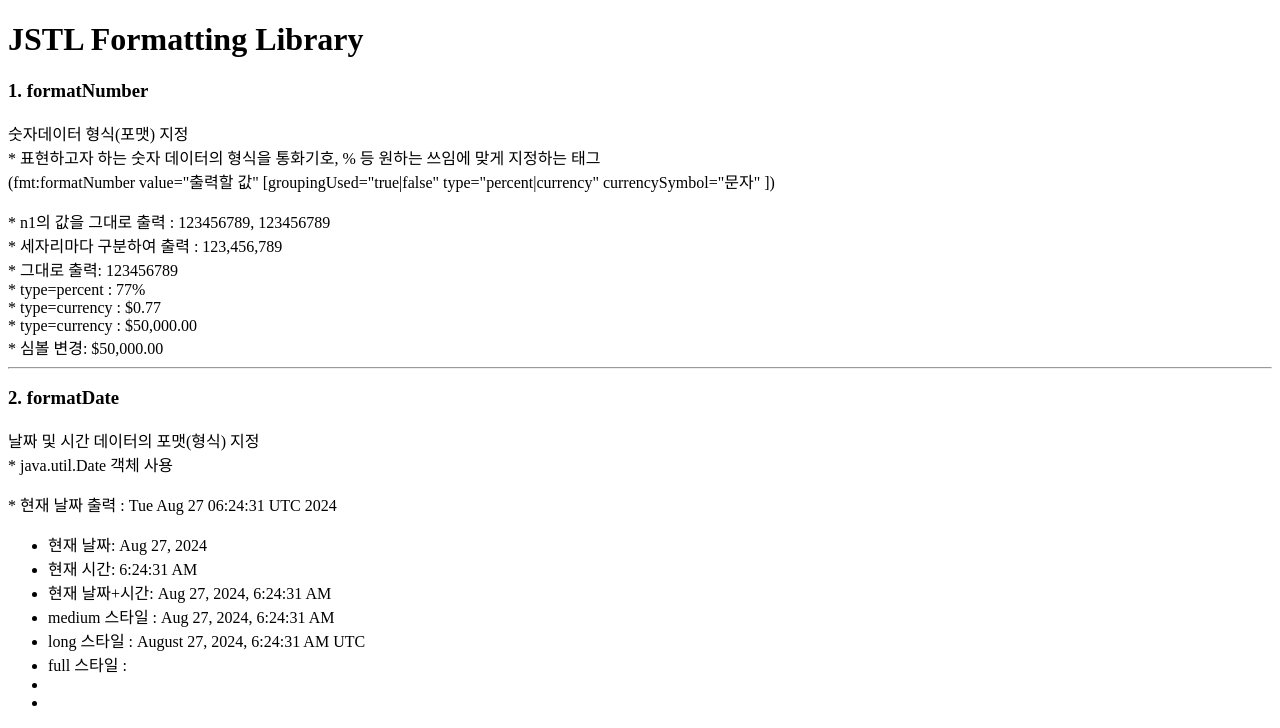
Repository: Developer-Choi-Jae-Young/ServletPractice
Page: http://localhost/3_elAction/views/3_Custom_Action/02_fmt.jsp
These files come from the project's save history. The page is drawn as it stood at one moment and after the next save; the edit follows.
The browser window is 1280 px wide. The pictures show the whole page.
The page is served by Tomcat 9. Other server files are loaded and not shown.

Above is the page before, as saved 2024-08-28 02:05:08.

### 3_elAction/src/main/webapp/views/3_Custom_Action/02_fmt.jsp
<%@page import="java.util.Date"%>
<%@ page language="java" contentType="text/html; charset=UTF-8"
    pageEncoding="UTF-8"%>
<%@ taglib prefix="c" uri="http://java.sun.com/jsp/jstl/core" %>
<%@ taglib prefix="fmt" uri="http://java.sun.com/jsp/jstl/fmt" %>
<!DOCTYPE html>
<html>
<head>
<meta charset="UTF-8">
<title>JSTL - fmt</title>
</head>
<body>
	<h1>JSTL Formatting Library</h1>

	<h3>1. formatNumber</h3>
	<p>
		숫자데이터 형식(포맷) 지정 <br>
		* 표현하고자 하는 숫자 데이터의 형식을 통화기호, % 등 원하는 쓰임에 맞게 지정하는 태그 <br>

		(fmt:formatNumber value="출력할 값" [groupingUsed="true|false"
											type="percent|currency"
											currencySymbol="문자"
										  ])
	</p>

	<%-- n1, n2, n3 변수에 각각 123456789, 0.77, 50000이라는 값을 저장 --%>
	<c:set var="n1" value="123456789"/>
	<c:set var="n2" value="0.77"/>
	<c:set var="n3" value="50000"/>

	* n1의 값을 그대로 출력 : <c:out value="${ n1 }"/>, ${ n1 } <br>
	* 세자리마다 구분하여 출력 : <fmt:formatNumber value="${ n1 }"/>
	<%-- groupingUsed 속성의 기본값: true --%> <br>
	* 그대로 출력: <fmt:formatNumber value="${ n1 }" groupingUsed="false"/> <br>

	* type=percent : <fmt:formatNumber value="${ n2 }" type="percent"/> <br>
	* type=currency : <fmt:formatNumber value="${ n2 }" type="currency"/> <br>

	* type=currency : <fmt:formatNumber value="${ n3 }" type="currency"/> <br>
	* 심볼 변경: <fmt:formatNumber value="${ n3 }" type="currency" currencySymbol="$"/> <br>

	<hr>

	<h3>2. formatDate</h3>
	<p>
	 	날짜 및 시간 데이터의 포맷(형식) 지정 <br>
	 	* java.util.Date 객체 사용
	</p>

	<%-- today라는 변수에 현재 날짜 데이터를 저장  --%>
	<c:set var="today" value="<%= new Date() %>"/>

	* 현재 날짜 출력 : ${ today } <br>
	<ul>
		<li>
			현재 날짜: <fmt:formatDate value="${ today }"/>
			<%-- type 속성 생략 시 날짜만 출력 --%>
		</li>
		<li>
			현재 시간: <fmt:formatDate value="${ today }" type="time"/>
		</li>
		<li>
			현재 날짜+시간: <fmt:formatDate value="${ today }" type="both"/>
		</li>
		<li>
			medium 스타일 : <fmt:formatDate value="${ today }" type="both" dateStyle="medium" timeStyle="medium"/>
		</li>
		<li>
			long 스타일 : <fmt:formatDate value="${ today }" type="both" dateStyle="long" timeStyle="long"/>
		</li>
		<li>
			full 스타일 :
		</li>
		<li>
		</li>
		<li>
		</li>
	</ul>
</body>
</html>

After the next save:
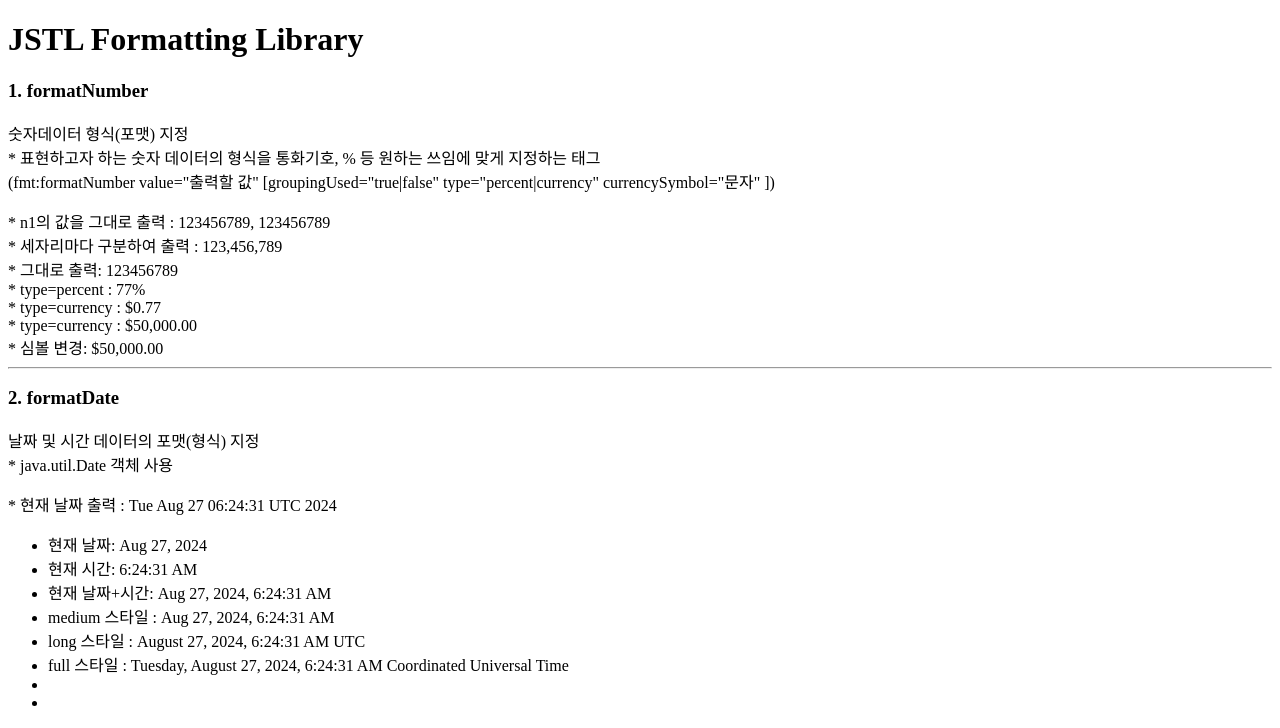
Saved 8 s later.
--- a/3_elAction/src/main/webapp/views/3_Custom_Action/02_fmt.jsp
+++ b/3_elAction/src/main/webapp/views/3_Custom_Action/02_fmt.jsp
@@ -69,7 +69,7 @@
 			long 스타일 : <fmt:formatDate value="${ today }" type="both" dateStyle="long" timeStyle="long"/>
 		</li>
 		<li>
-			full 스타일 :
+			full 스타일 : <fmt:formatDate value="${ today }" type="both" dateStyle="full" timeStyle="full"/>
 		</li>
 		<li>
 		</li>
